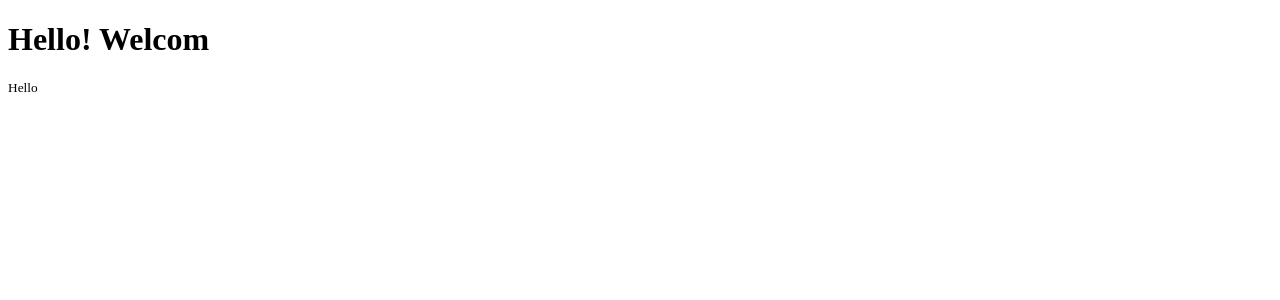
Repository: Haakim19/WebDevelopment
Page: Main.html
These files come from the project's save history. The page is drawn as it stood at one moment and after the next save; the edit follows.
The browser window is 1280 px wide. The pictures show the whole page.

Above is the page before, as saved 2024-10-02 14:06:53.

### Main.html
<!DOCTYPE html>
<html lang="en">
<head>
    <meta charset="UTF-8">
    <meta name="viewport" content="width=device-width, initial-scale=1.0">
    <title>Web Development Module</title>
</head>
<body>
    <h1>Hello! Welcom</h1>
    <sup>Hello</sup>
</body>
</html>

After the next save:
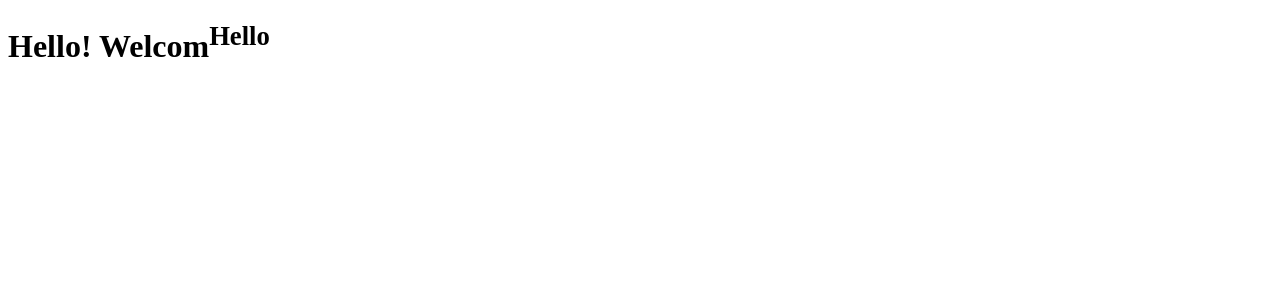
Saved 34 s later.
--- a/Main.html
+++ b/Main.html
@@ -6,7 +6,7 @@
     <title>Web Development Module</title>
 </head>
 <body>
-    <h1>Hello! Welcom</h1>
-    <sup>Hello</sup>
+    <h1>Hello! Welcom<sup>Hello</sup></h1>
+
 </body>
 </html>
